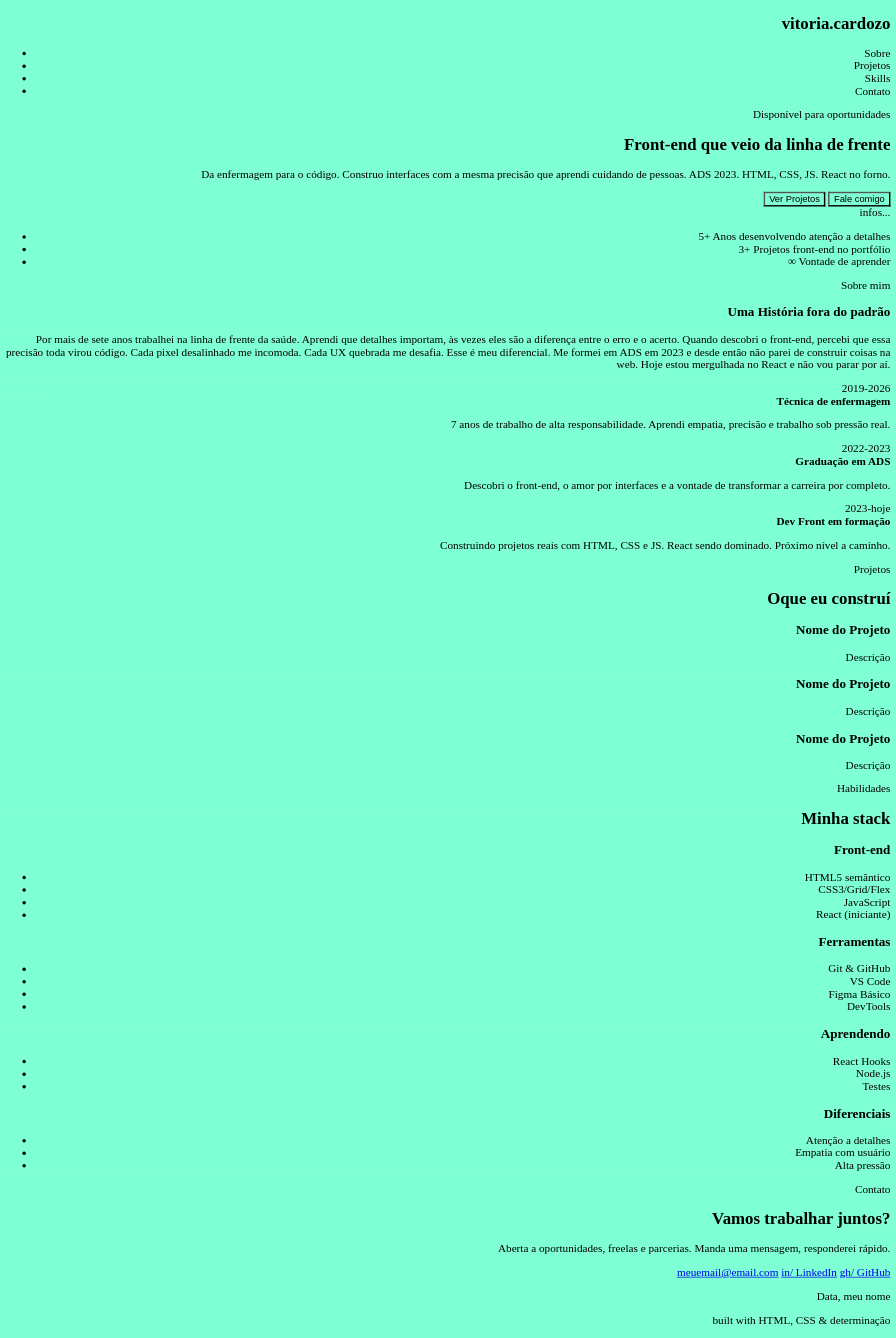
Repository: Bitroia/Portifolio
Page: index.html
An editor plug-in stored every save of this project. The page is shown before and after a run of saves, followed by the edit.
The browser window is 1280 px wide. The pictures show the whole page, at 70% of full size.

Above is the page before, as saved 2026-04-24 03:13:40.

### index.html
<!doctype html>
<html lang="pt-br">
  <head>
    <meta charset="UTF-8" />
    <meta name="viewport" content="width=device-width, initial-scale=1.0" />
    <link rel="stylesheet" href="styles/style.css" />
    <script src="scripts/script.js" defer></script>
    <title>Meu portifólio</title>
  </head>
  <body>
    <header>
      <nav id="nav-container">
        <h2>vitoria.cardozo</h2>
        <ul id="links-container">
          <li>Sobre</li>
          <li>Projetos</li>
          <li>Skills</li>
          <li>Contato</li>
        </ul>
      </nav>
    </header>
    <main>
      <section class="introduction-section">
        <p class="avaible-p">Disponível para oportunidades</p>
        <h1>
          Front-end
          <span class="line-2">que veio da</span>
          <span class="accent">linha de frente</span>
        </h1>
        <p>
          Da enfermagem para o código. Construo interfaces com a mesma precisão
          que aprendi cuidando de pessoas. ADS 2023. HTML, CSS, JS. React no
          forno.
        </p>
        <button id="projects-btn">Ver Projetos</button>
        <button id="talk-to-me-btn">Fale comigo</button>
      </section>
      <article id="info-container">infos...</article>
      <ul class="mini-cards-container">
        <li class="mini-card">
          <span class="num">5+</span>
          <span class="label">Anos desenvolvendo atenção a detalhes</span>
        </li>
        <li class="mini-card">
          <span class="num">3+</span>
          <span class="label">Projetos front-end no portfólio</span>
        </li>
        <li class="mini-card">
          <span class="num">&#8734;</span>
          <span class="label">Vontade de aprender</span>
        </li>
      </ul>
      <section id="about-me-section">
        <section id="history-section">
          <span class="title">Sobre mim</span>
          <h1>Uma História <span class="accent">fora do padrão</span></h1>
          <p>
            Por mais de sete   anos trabalhei na linha de frente da saúde. Aprendi
            que detalhes importam, às vezes eles são a diferença entre o erro e
            o acerto. Quando descobri o front-end, percebi que essa precisão
            toda virou código. Cada pixel desalinhado me incomoda. Cada UX
            quebrada me desafia. Esse é meu diferencial. Me formei em ADS em
            2023 e desde então não parei de construir coisas na web. Hoje estou
            mergulhada no React e não vou parar por aí.
          </p>
        </section>
        <section id="experiences-section">
          <dl class="experiences-list">
            <dt class="date-exp">2019-2026</dt>
            <dd class="desc-exp">
              <strong>Técnica de enfermagem</strong>
              <p>
                7 anos de trabalho de alta responsabilidade. Aprendi empatia,
                precisão e trabalho sob pressão real.
              </p>
            </dd>
            <dt class="date-exp">2022-2023</dt>
            <dd class="desc-exp">
              <strong>Graduação em ADS</strong>
              <p>
                Descobri o front-end, o amor por interfaces e a vontade de
                transformar a carreira por completo.
              </p>
            </dd>
            <dt class="date-exp">2023-hoje</dt>
            <dd class="desc-exp">
              <strong>Dev Front em formação</strong>
              <p>
                Construindo projetos reais com HTML, CSS e JS. React sendo
                dominado. Próximo nível a caminho.
              </p>
            </dd>
          </dl>
        </section>
      </section>
      <section id="projects-section">
        <span class="title">Projetos</span>
        <h2>Oque eu construí</h2>
        <article class="project-card">
          <h3>Nome do Projeto</h3>
          <p>Descrição</p>
        </article>
        <article class="project-card">
          <h3>Nome do Projeto</h3>
          <p>Descrição</p>
        </article>
        <article class="project-card">
          <h3>Nome do Projeto</h3>
          <p>Descrição</p>
        </article>
      </section>
      <section id="skills-section">
        <span class="title">Habilidades</span>
        <h1>Minha stack</h1>
        <article class="stack-card">
          <h3>Front-end</h3>
          <ul class="stack-ul">
            <li>HTML5 semântico</li>
            <li>CSS3/Grid/Flex</li>
            <li>JavaScript</li>
            <li>React (iniciante)</li>
          </ul>
        </article>
        <article class="stack-card">
          <h3>Ferramentas</h3>
          <ul class="stack-ul">
            <li>Git & GitHub</li>
            <li>VS Code</li>
            <li>Figma Básico</li>
            <li>DevTools</li>
          </ul>
        </article>
        <article class="stack-card">
          <h3>Aprendendo</h3>
          <ul class="stack-ul">
            <li>React Hooks</li>
            <li>Node.js</li>
            <li>Testes</li>
          </ul>
        </article>
        <article class="stack-card">
          <h3>Diferenciais</h3>
          <ul class="stack-ul">
            <li>Atenção a detalhes</li>
            <li>Empatia com usuário</li>
            <li>Alta pressão</li>
          </ul>
        </article>
      </section>
      <section id="finish-section">
        <span class="title">Contato</span>
        <h1>
          Vamos trabalhar
          <span class="accent">juntos?</span>
        </h1>
        <p>
          Aberta a oportunidades, freelas e parcerias. Manda uma mensagem,
          responderei rápido.
        </p>
        <a href="#" class="contact-link">meuemail@email.com</a>
        <a href="#" class="contact-link">in/ LinkedIn</a>
        <a href="#" class="contact-link">gh/ GitHub</a>
      </section>
    </main>
    <footer>
      <p>Data, meu nome</p>
      <p>built with HTML, CSS & determinação</p>
    </footer>
  </body>
</html>

### styles/style.css
* {
  text-align: right;

  background-color: aquamarine;
}

Loaded but not shown: scripts/script.js (no stored copy; drawn as an empty file)

After the next 4 saves:
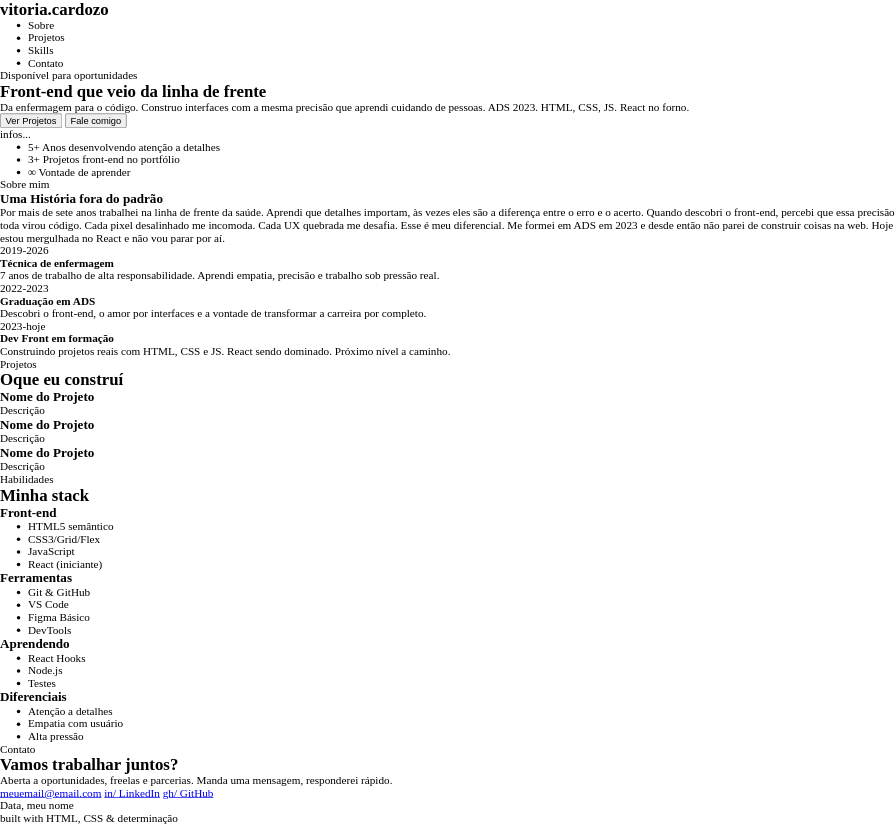
The 4 saves are shown as one change because they came seconds apart.
The last was saved 3 min 46 s later.
--- a/styles/style.css
+++ b/styles/style.css
@@ -1,5 +1,3 @@
-* {
-  text-align: right;
-
-  background-color: aquamarine;
+*{
+    margin: 0 auto;
 }
